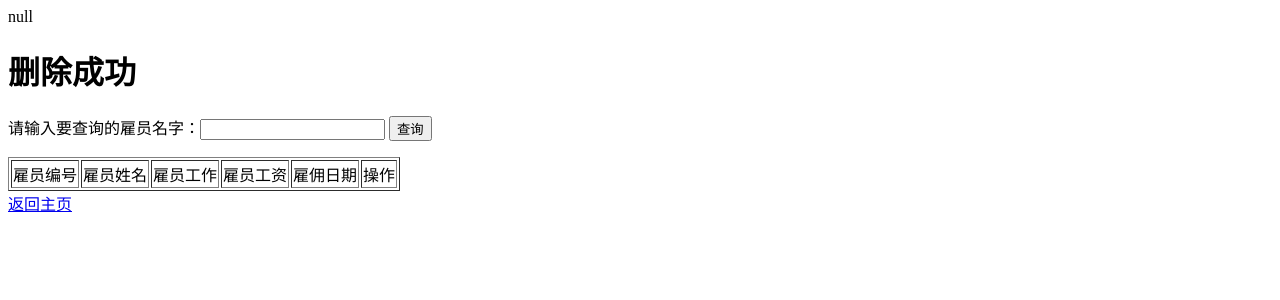
Repository: wikelgc/JSP
Page: http://localhost/yuangong/emp_delete.jsp
These files come from the project's save history. The page is drawn as it stood at one moment and after the next save; the edit follows.
The browser window is 1280 px wide. The pictures show the whole page.
The page is served by Tomcat 9. Queries for data that is not in the repository find no rows.

Above is the page before, as saved 2015-06-05 13:03:14.

### yuangong/WebRoot/emp_delete.jsp
<%@ page contentType="text/html" pageEncoding="GBK"%>
<%@ page import="java.sql.*"%>
<html>
<head><title>jsp列出emp表数据</title></head>
<body>
<%
    request.setCharacterEncoding("GBK");
    String delete_ename = request.getParameter("delete_ename");
    out.println(delete_ename);
%>
    <h1>删除成功</h1>
<%!
	public static final String DBDRIVER = "com.mysql.jdbc.Driver" ;
	public static final String DBURL = "jdbc:mysql://localhost:3306/music" ;
	public static final String DBUSER = "root" ;
	public static final String DBPASS = "root" ;

%>
<%!
	Connection conn = null ;
	PreparedStatement pstmt = null ;
	ResultSet rs = null ;
%>


</table>
<%
try{
	Class.forName(DBDRIVER);
	conn = DriverManager.getConnection(DBURL,DBUSER,DBPASS) ;
	String sql = "delete from emp where empno = "+delete_ename +"'";
	pstmt = conn.prepareStatement(sql) ;
	rs = pstmt.executeQuery() ;
%>
 <form  action="findEmp.jsp"  method="post">
   请输入要查询的雇员名字：<input type="text" name="empid">
  <input type="submit" value="查询" ></form>

<table border="1" >
	<tr>
		<td>雇员编号</td>
		<td>雇员姓名</td>
		<td>雇员工作</td>
		<td>雇员工资</td>
		<td>雇佣日期</td>
		<td colspan="6">操作</td>
	</tr>
<%
	while(rs.next()){
		String empno = rs.getString(1) ;
		String ename = rs.getString(2) ;
		String job = rs.getString(3) ;
		float sal = rs.getFloat(4) ;
		java.util.Date date = rs.getDate(5) ;
%>
	<tr>
		<td><%=empno%></td>
		<td><%=ename%></td>
		<td><%=job%></td>
		<td><%=sal%></td>
		<td><%=date%></td>
		<td><a href="emp_update.jsp?empno=<%=empno%>">修改</a>
		<a href="emp_delete.jsp?empno=<%=empno%>">删除</a></td>
	</tr>

<%
	}
%>

</table>
<%
}catch(Exception e)	{
	System.out.println(e) ;
}finally{
	//rs.close() ;
	//pstmt.close() ;
	conn.close() ;
}
%>
<a href="index.jsp">返回主页</a>

</body>
</html>

After the next save:
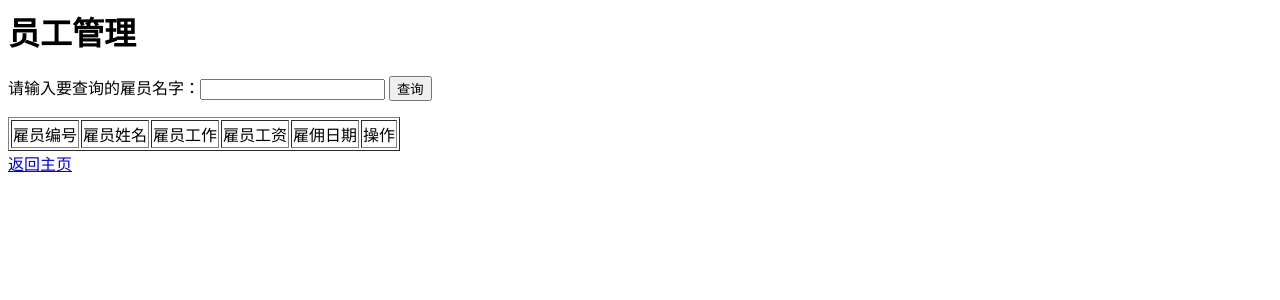
Saved 2 min 12 s later.
--- a/yuangong/WebRoot/emp_delete.jsp
+++ b/yuangong/WebRoot/emp_delete.jsp
@@ -6,9 +6,8 @@
 <%
     request.setCharacterEncoding("GBK");
     String delete_ename = request.getParameter("delete_ename");
-    out.println(delete_ename);
 %>
-    <h1>删除成功</h1>
+    <h1>员工管理</h1>
 <%!
 	public static final String DBDRIVER = "com.mysql.jdbc.Driver" ;
 	public static final String DBURL = "jdbc:mysql://localhost:3306/music" ;
@@ -23,18 +22,19 @@
 %>
 
 
-</table>
 <%
 try{
 	Class.forName(DBDRIVER);
 	conn = DriverManager.getConnection(DBURL,DBUSER,DBPASS) ;
-	String sql = "delete from emp where empno = "+delete_ename +"'";
+	String sql = "SELECT * FROM emp where ename ='"+delete_ename+"'";
 	pstmt = conn.prepareStatement(sql) ;
 	rs = pstmt.executeQuery() ;
 %>
  <form  action="findEmp.jsp"  method="post">
-   请输入要查询的雇员名字：<input type="text" name="empid">
+   请输入要查询的雇员名字：<input type="text" name="find_ename">
   <input type="submit" value="查询" ></form>
+
+
 
 <table border="1" >
 	<tr>
@@ -60,13 +60,13 @@ try{
 		<td><%=sal%></td>
 		<td><%=date%></td>
 		<td><a href="emp_update.jsp?empno=<%=empno%>">修改</a>
-		<a href="emp_delete.jsp?empno=<%=empno%>">删除</a></td>
+		<a href="emp_delete.jsp?delete_ename=<%=empno%>">删除</a></td>
 	</tr>
+
 
 <%
 	}
 %>
-
 </table>
 <%
 }catch(Exception e)	{
